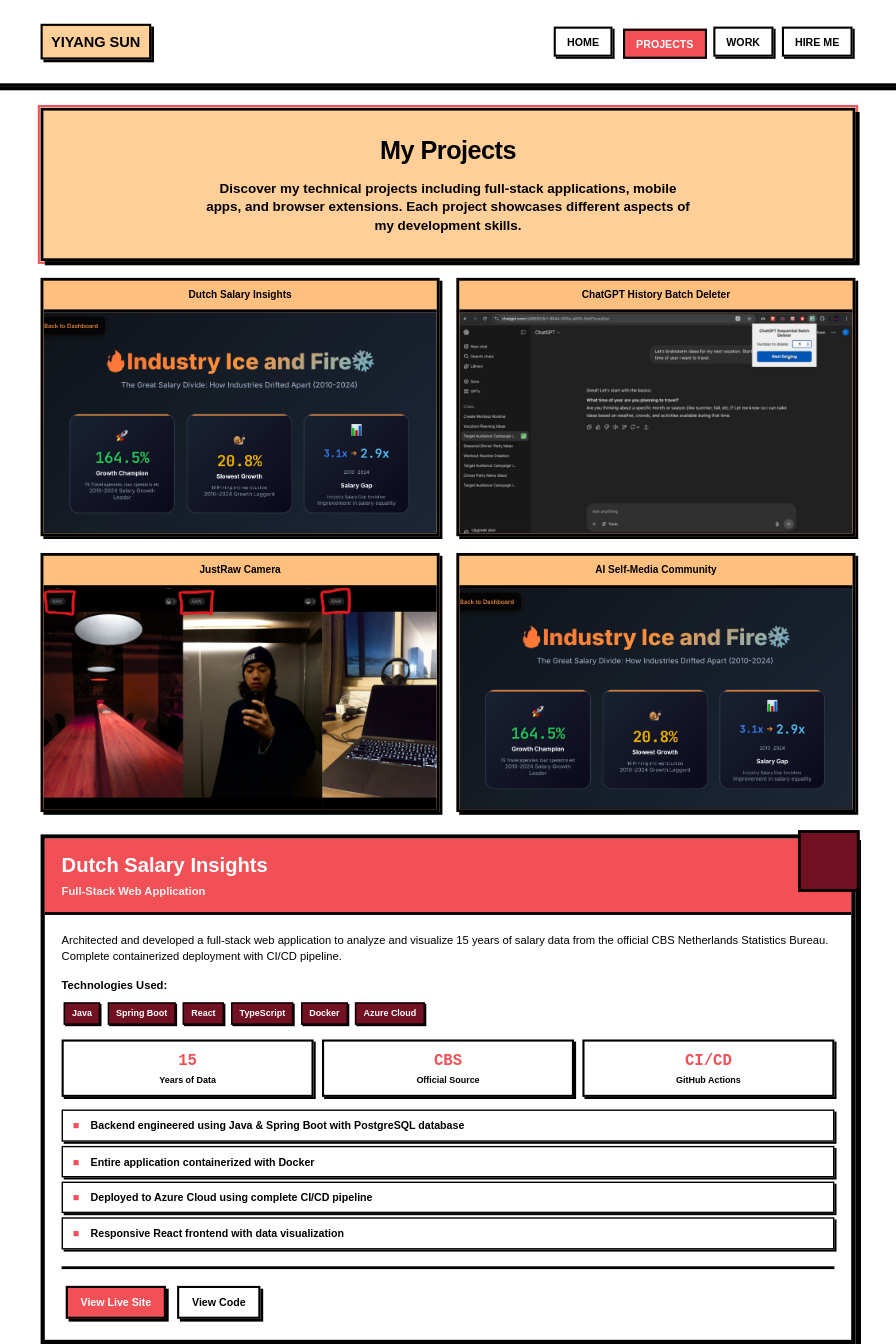
Repository: miloyiyangsun/yiyangsun.github.io
Page: .superdesign/design_iterations/yiyang_projects_v2.html
These files come from the project's save history. The page is drawn as it stood at one moment and after the next save; the edit follows.
The browser window is 1280 px wide. The pictures show the part of the page from y = 0 to 1920 px (the page is 4403 px tall), at 70% of full size.

Above is the page before, as saved 2025-09-03 20:45:47.

After the next save:
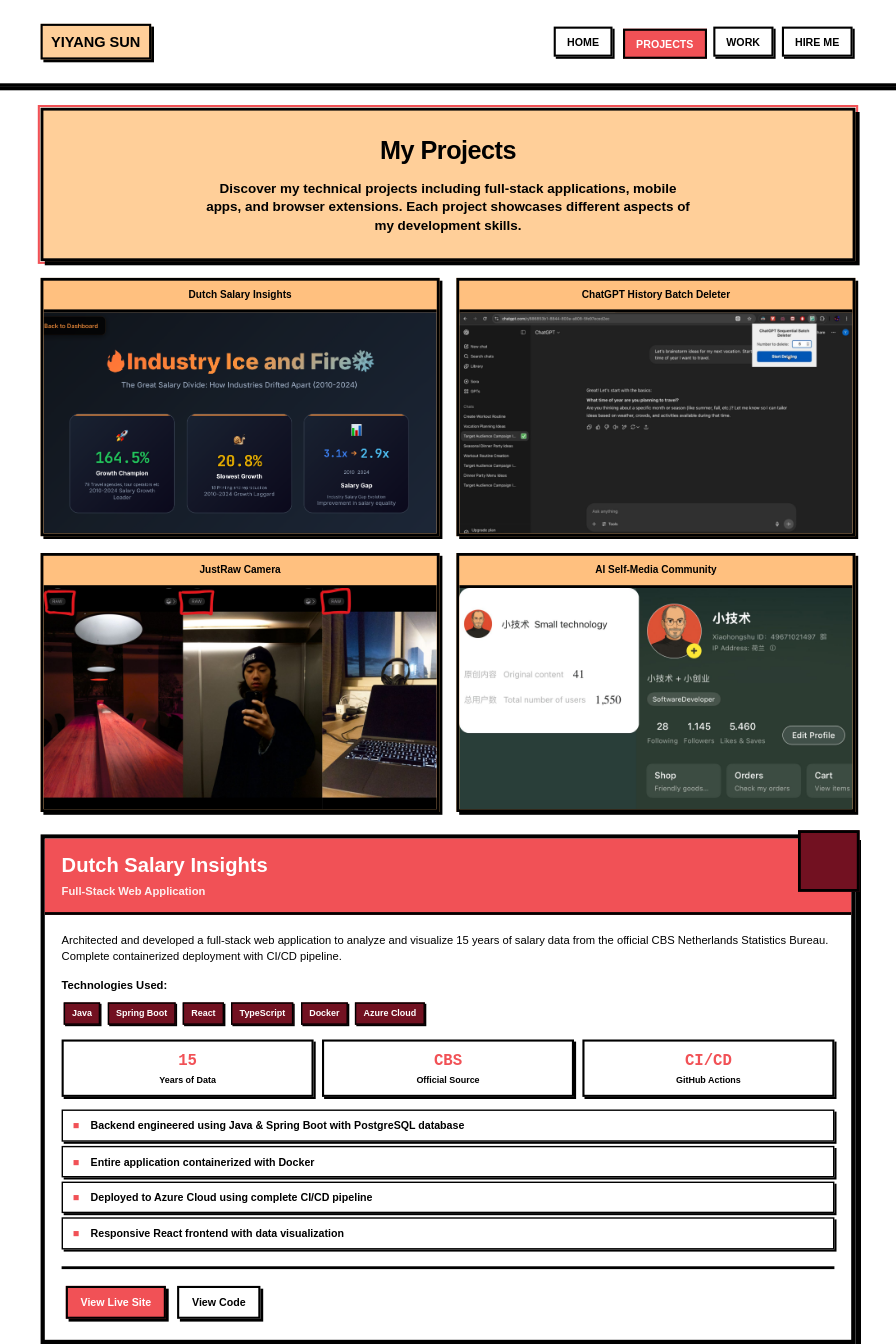
Saved 11 min 33 s later.
--- a/.superdesign/design_iterations/yiyang_projects_v2.html
+++ b/.superdesign/design_iterations/yiyang_projects_v2.html
@@ -390,7 +390,7 @@
           >
             <div class="nav-title">AI Self-Media Community</div>
             <img
-              src="../../assets/images/projects/dutch-salary-preview.jpg"
+              src="../../assets/images/projects/ai-community-preview.jpg"
               alt="AI Community Preview"
             />
           </a>
